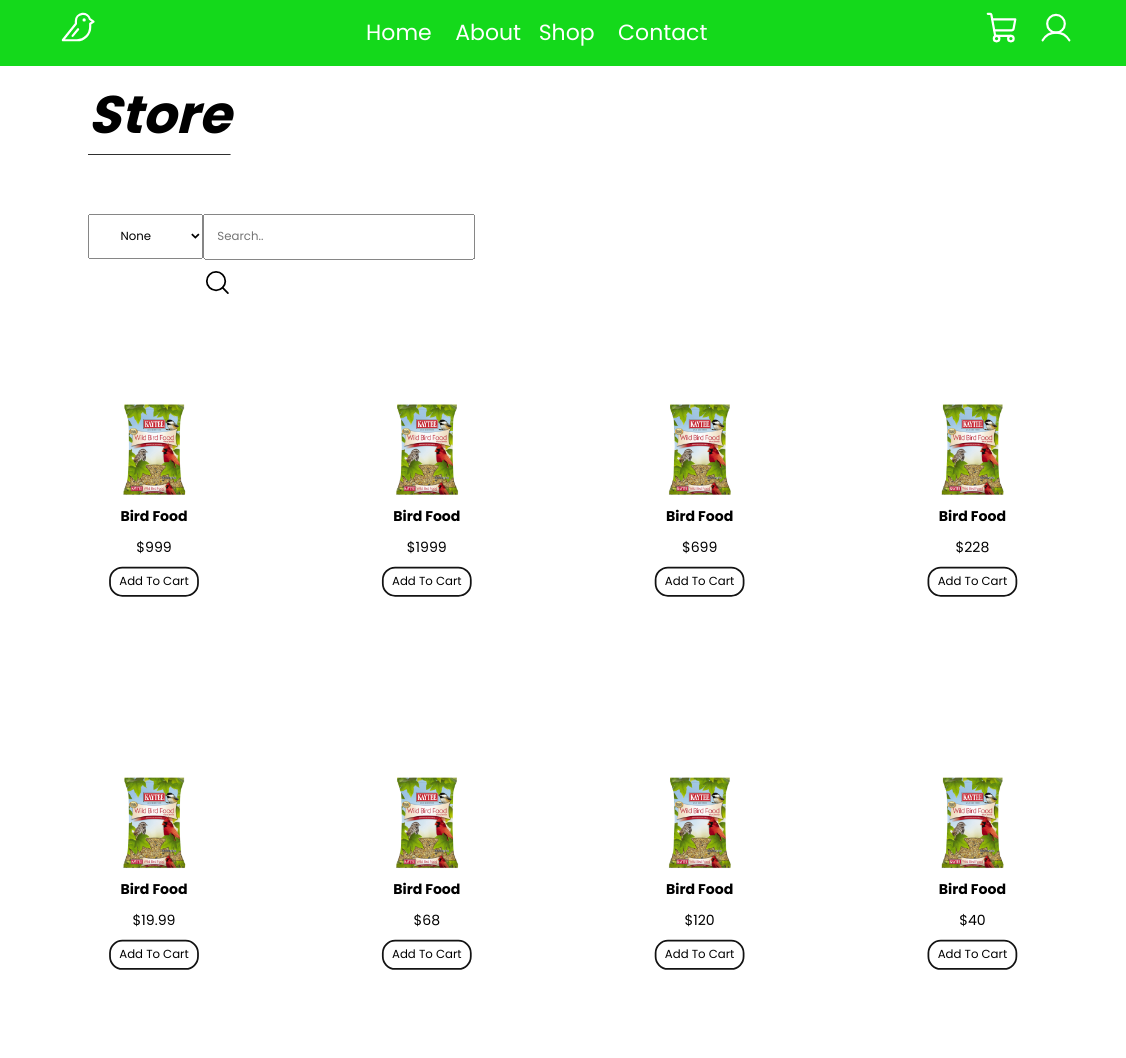
Repository: Vuhainam64/SWP391
Page: / (app in React/swp391-app/)
These files come from the project's save history. The page is drawn as it stood at one moment and after the next save; the edit follows.
The browser window is 1280 px wide. The pictures show the whole page, at 88% of full size.
The project was rebuilt for these pictures with package versions that can differ from the ones it lists, and the page was loaded fresh each time. Also part of the build but not shown: React/swp391-app/src/pages/register/register.jsx, React/swp391-app/src/pages/home/home.jsx, React/swp391-app/src/pages/about/about.jsx, React/swp391-app/src/pages/contact/contact.jsx, React/swp391-app/src/pages/cart/cart-item.jsx, React/swp391-app/src/pages/cart/cart.css, React/swp391-app/src/pages/cart/cart.jsx.

Above is the page before, as saved 2023-06-01 13:25:58.

### React/swp391-app/src/App.js
import './App.css';
import { BrowserRouter as Router, Routes, Route } from "react-router-dom";
import { Navbar } from "./components/navbar";
import { Register } from "./pages/register/register";
import { Home } from "./pages/home/home";
import { About } from "./pages/about/about";
import { Shop } from "./pages/shop/shop";
import { Contact } from "./pages/contact/contact";
import { Cart } from "./pages/cart/cart";
import { ShopContextProvider } from './context/shop-context';


function App() {
  return (
    <div className = "App">
      <ShopContextProvider>
        <Router>
          <Navbar />
          <Routes>
            <Route path = "/register" element = {<Register />} />
            <Route path = "/home" element={<Home/>} />
            <Route path = "/about" element={<About/>} />
            <Route path = "/" element = {<Shop />} />
            <Route path = "/contact" element = {<Contact />} />
            <Route path = "/cart" element = {<Cart />} />
          </Routes>
        </Router>
      </ShopContextProvider>
    </div>
  );
}

export default App;

### React/swp391-app/src/App.css
.App {
  width: 100%;
  height: auto;
  min-height: 100vh;
  font-family: 'Segoe UI', Tahoma, Geneva, Verdana, sans-serif;
}

body {
  padding: 0;
  margin: 0;
}

### React/swp391-app/src/components/navbar.jsx
import React from "react";
import { Link } from "react-router-dom";
import { ShoppingCart, Bird, User } from "phosphor-react";
import "./navbar.css";

export const Navbar = () => {
  return (
    <div className="navbar">
      <div className="links">
        <div className="icon">
          <Link to="/home">
            <Bird size={40} />
          </Link>
        </div>
        <div className="middle">
          <Link to="/home"> Home </Link>
          <Link to="/about">About</Link>
          <Link to="/">Shop</Link>
          <Link to="/contact"> Contact</Link>
        </div>
        <div className="end">
          <Link to="/cart">
            <ShoppingCart size={40} />
          </Link>
            <Link to="/register">
                <User size={40}/>
            </Link>
        </div>
      </div>
    </div>
  );
};

### React/swp391-app/src/pages/shop/shop.jsx
import React from "react";
import { PRODUCTS } from "../../products";
import { Product } from "./product";
import { MagnifyingGlass } from "phosphor-react";
import "./shop.css";

export const Shop = () => {
  return (
    <div className="shop">
      <div className="shopTitle">
        <h3>Store</h3>
      </div>

      <div class="form-shop">
        <label>
          <select>
            <option selected> None </option>
            <option>Seed</option>
            <option>Suet</option>
            <option>Nectar</option>
            <option>Fruit</option>
            <option>Insect</option>
          </select>
        </label>
        <div className="search-bar">
        <input type="text" placeholder="Search.."/>
        <div className="icon-search">
            <MagnifyingGlass size={32} />
        </div>
        </div>
      </div>

      <div className="products">
        {PRODUCTS.map((product) => (
          <Product data={product} />
        ))}
      </div>
    </div>
  );
};

### React/swp391-app/src/context/shop-context.jsx
import { createContext, useEffect, useState } from "react";
import { PRODUCTS } from "../products";

export const ShopContext = createContext(null);

const getDefaultCart = () => {
    let cart = {};
    for (let i = 1; i < PRODUCTS.length + 1; i++) {
        cart[i] = 0;
    }
    return cart;
}

export const ShopContextProvider = (props) => {
    const [cartItems, setCartItems] = useState(getDefaultCart());

    const getTotalCartAmount = () => {
        let totalAmount = 0;
        for (const item in cartItems) {
            if (cartItems[item] > 0) {
                let itemInfo = PRODUCTS.find((product) => product.id === Number(item));
                totalAmount += cartItems[item] *itemInfo.price;
            }
        }
        return totalAmount;
    };

    const addToCart = (itemId) => {
        setCartItems((prev) => ({ ...prev, [itemId]: prev[itemId] + 1}));
    };

    const removeFromCart = (itemId) => {
        setCartItems((prev) => ({ ...prev, [itemId]: prev[itemId] - 1}));
    };

    const updateCartItemCount = (newAmount, itemId) => {
        setCartItems((prev) => ({ ...prev, [itemId]: newAmount }));
    };

    const checkout = () => {
        setCartItems(getDefaultCart());
    };

    const contextValue = {
        cartItems,
        addToCart,
        updateCartItemCount,
        removeFromCart,
        getTotalCartAmount,
        checkout,
    };

    return (
        <ShopContext.Provider value={contextValue}>
            {props.children}
        </ShopContext.Provider>
    );
};

### React/swp391-app/src/components/navbar.css
.navbar {
    width: 100%;
    height: 75px;
    background-color: rgb(20, 217, 27);
    display: flex;
    justify-content: center;
    align-items: center;
}

.links {
    margin-right: 50px;
    display: flex;
    align-items: center;
    justify-content: space-between;
    width: 100%;
}

.icon {
    margin-left: 50px;
}

.end {
    padding: 0 10px;
}

.links a {
    text-decoration: none;
    color: white;
    margin-left: 20px;
    font-size: 25px;
}

### React/swp391-app/src/pages/register/register.css
/* Import Google font - Poppins */
@import url('https://fonts.googleapis.com/css2?family=Poppins:wght@200;300;400;500;600;700&display=swap');

*{
  margin: 0;
  padding: 0;
  box-sizing: border-box;
  font-family: 'Poppins', sans-serif;
}

.images{
  position: absolute;
  width: 100%;
  height: 100%;
  background-image: linear-gradient(rgba(0,0,0,0.4),rgba(0,0,0,0.4)),url(../../assets/products/7200317.jpg);
  background-position: center;
  background-size: cover;
}

.container{
  position: relative;
  top: 50%;
  left: 50%;
  transform: translate(-50%,-50%);
  max-width: 480px;
  width: 100%;
  background: #fff;
  border-radius: 7px;
  box-shadow: 0 5px 10px rgba(0,0,0,0.3);
}

.container .registration{
  display: none;
}

#check:checked ~ .registration{
  display: block;
}

#check:checked ~ .login{
  display: none;
}

#check{
  display: none;
}

.container .form{
  padding: 2rem;
}

.form header{
  font-size: 2rem;
  font-weight: 500;
  text-align: center;
  margin-bottom: 1.5rem;
}

 .form input{
   height: 60px;
   width: 92%;
   padding: 0 14px;
   font-size: 17px;
   margin-top: 15px;
   margin-bottom: 1.3rem;
   border: 1px solid #ddd;
   border-radius: 6px;
   outline: none;
 }

 .form input:focus{
   box-shadow: 0 1px 0 rgba(0,0,0,0.2);
 }

.form a{
  font-size: 16px;
  color: #009579;
  text-decoration: none;
}

.form a:hover{
  text-decoration: underline;
}

.form input.button{
  color: #fff;
  background: #009579;
  font-size: 1.2rem;
  font-weight: 500;
  letter-spacing: 1px;
  margin-top: 1.7rem;
  cursor: pointer;
  transition: 0.4s;
  width: 100%;
}

.form input.button:hover{
  background: #006653;
}

.signup{
  font-size: 17px;
  text-align: center;
}

.signup label{
  color: #009579;
  cursor: pointer;
}

.signup label:hover{
  text-decoration: underline;
}

.icon-login {
  margin-right: 5px;
}

### React/swp391-app/src/products.js
import product1 from "./assets/products/1.png";
import product2 from "./assets/products/1.png";
import product3 from "./assets/products/1.png";
import product4 from "./assets/products/1.png";
import product5 from "./assets/products/1.png";
import product6 from "./assets/products/1.png";
import product7 from "./assets/products/1.png";
import product8 from "./assets/products/1.png";

export const PRODUCTS = [
  {
    id: 1,
    productName: "Bird Food",
    price: 999.0,
    productImage: product1,
  },
  {
    id: 2,
    productName: "Bird Food",
    price: 1999.0,
    productImage: product2,
  },
  {
    id: 3,
    productName: "Bird Food",
    price: 699.0,
    productImage: product3,
  },
  {
    id: 4,
    productName: "Bird Food",
    price: 228.0,
    productImage: product4,
  },
  {
    id: 5,
    productName: "Bird Food",
    price: 19.99,
    productImage: product5,
  },
  {
    id: 6,
    productName: "Bird Food",
    price: 68.0,
    productImage: product6,
  },
  {
    id: 7,
    productName: "Bird Food",
    price: 120.0,
    productImage: product7,
  },
  {
    id: 8,
    productName: "Bird Food",
    price: 40.0,
    productImage: product8,
  },
];

### React/swp391-app/src/pages/shop/product.jsx
import React, {useContext} from "react";
import { ShopContext } from "../../context/shop-context";

export const Product = (props) => {
    const { id, productName, price, productImage } = props.data;
    const { addToCart, cartItems } = useContext(ShopContext);

    const cartItemCount = cartItems[id];

    return (
        <div className = "product">
            <img src = {productImage} alt=""/>
            <div className = "description">
                <p>
                    <b>{productName}</b>
                </p>
                <p> ${price}</p>
            </div>
            <button className="addToCartBttn" onClick = {() => addToCart(id)}>
                Add To Cart {cartItemCount > 0 && <> ({cartItemCount}) </>}
            </button>
        </div>
    );
};

### React/swp391-app/src/pages/shop/shop.css
.shop {
    padding: 0 20px;
}

.shopTitle {
    margin-top: 10px;
    text-align: center;
    font-size: 40px;
}

.products {
    width: 100%;
    height: auto;
    display: grid;
    grid-template-columns: 1fr 1fr 1fr 1fr;
    place-items: center;

}

.product {
    border-radius: 15px;
    margin: 100px;
    display: flex;
    flex-direction: column;
    justify-content: center;
    align-items: center;
}

.product img {
    width: 100%;
    height: 100%;
}

.product .description {
    text-align: center;
}

.product:hover {
    transition: 0.3s ease-in;
    cursor: pointer;
}

.addToCartBttn {
    background-color: transparent;
    border: 2px solid rgb(19, 19, 19);
    min-width: 100px;
    padding: 5px 10px 5px 10px;
    border-radius: 15px;
}

.addToCartBttn:hover {
    background-color: rgb(19, 19, 19);
    color: white;
    cursor: pointer;
}

.description p,b{
    margin: 10px 0;
}
.shopTitle {
    justify-content: left;
    display: inline-block;
}
.shopTitle h3{
    float: left;
    margin-left: 80px;
    font-size: 60px;
    font-style: italic;
    border-bottom: 1px solid rgb(19, 19, 19);
}

.form-shop {
    display:flex;
    margin-left: 80px;
    margin-bottom: 10px;
    margin-top: 50px;

}

.form-shop select {
    padding: 14px 32px;
}

.form-shop input {
    padding: 14px;
    margin: 10px 10px 10px 0;
    width: 30%;
}

.search-bar {
    width: 100%;
}

### React/swp391-app/src/pages/contact/contact.css
.contact{
    max-width: 400px;
    margin: 0 auto;
    padding: 20px;
}
.title-contact{
    text-align: center;
}
label{
    display: block;
    margin-top: 10px;
}
.form-contact{

    text-align: center;
}

/* input[type="text"],
.type-email,
input[type="message"],
textarea {
  width: 100%;
  padding: 8px;
  border: 1px solid #ccc;
  border-radius: 4px;
  box-sizing: border-box;
  margin-top: 5px;
  margin-bottom: 10px;
} */

input[type="submit"] {
    background-color: #4CAF50;
    color: white;
    padding: 10px 15px;
    border: none;
    border-radius: 4px;
    cursor: pointer;
    font-size: 16px;
  }

  input[type="submit"]:hover {
    background-color: #45a049;
  }

  textarea {
    height: 100px;
  }

Loaded but not shown: React/swp391-app/public/index.html (common file); React/swp391-app/src/index.js (common file); React/swp391-app/src/index.css (common file); React/swp391-app/src/reportWebVitals.js (common file)

After the next save:
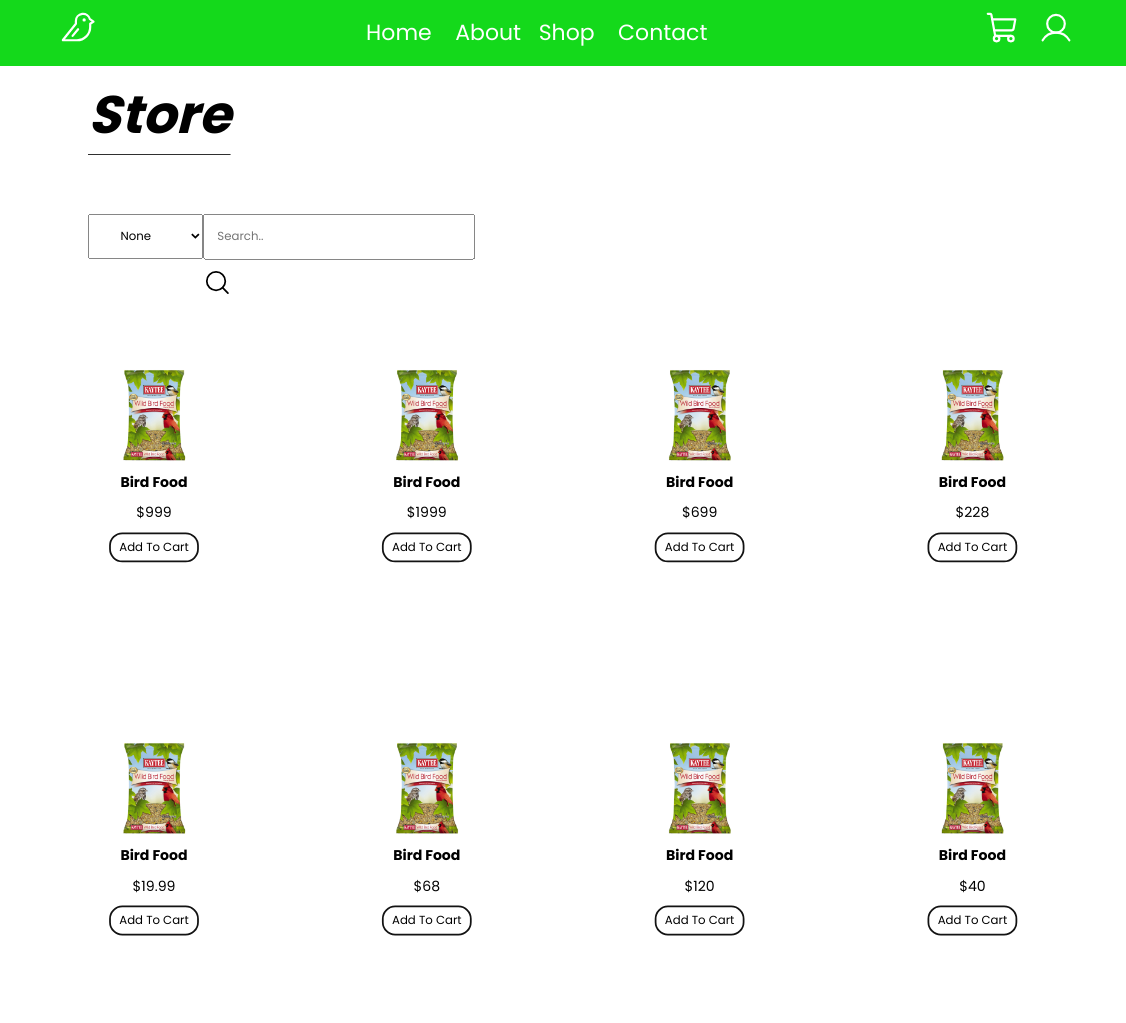
Saved 38 s later.
--- a/React/swp391-app/src/pages/shop/shop.css
+++ b/React/swp391-app/src/pages/shop/shop.css
@@ -89,4 +89,9 @@
 
 .search-bar {
     width: 100%;
+    position: relative;
 }
+
+.icon-search {
+    position: absolute;
+}
